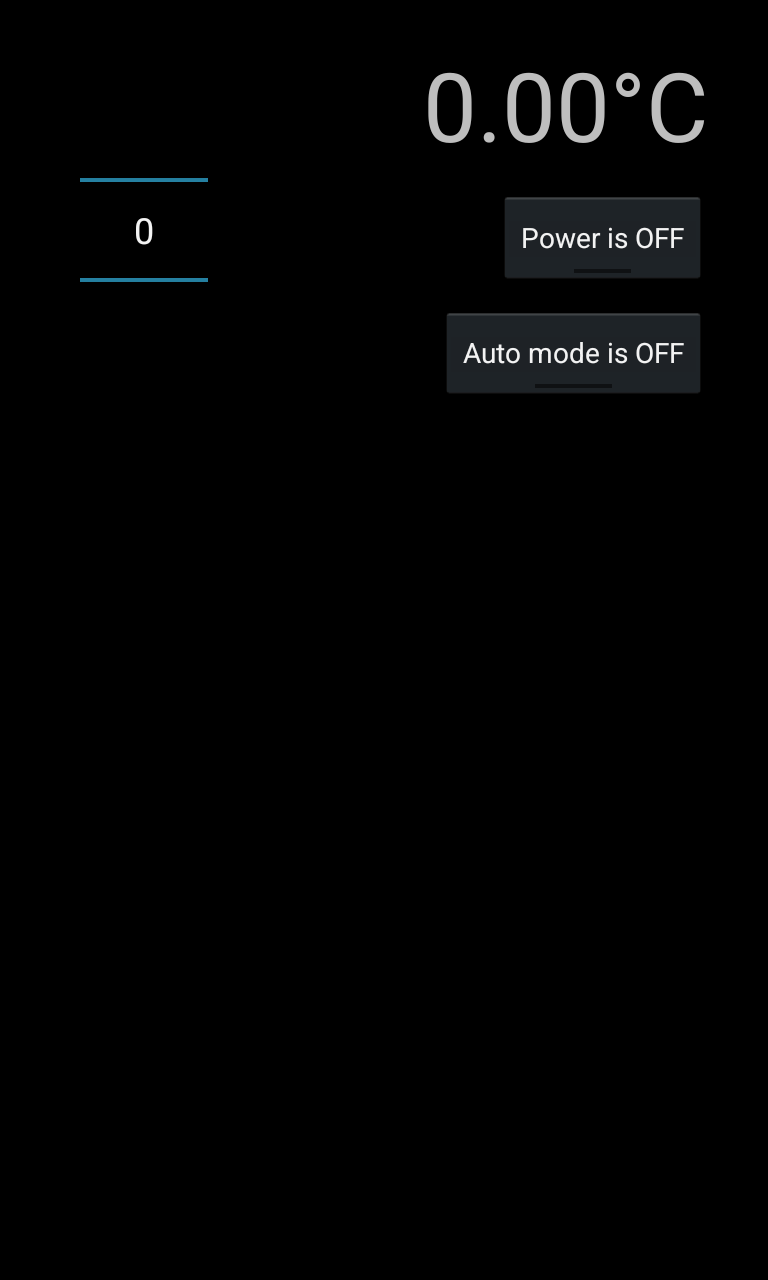
Repository: deanzaka/Embedded-Freezmo
Layout: Embedded-Freezmo/applications/IOIOSimpleApp/res/layout/main.xml
An editor plug-in stored every save of this project. The layout is shown before and after the next save, followed by the edit.
It is drawn on a 768 x 1280 px phone screen (xhdpi) without system bars, with theme android:Theme.Holo; the app's code is not run.

Above is the layout before, as saved 2014-06-11 22:51:41.

### Embedded-Freezmo/applications/IOIOSimpleApp/res/layout/main.xml
<?xml version="1.0" encoding="utf-8"?>
<LinearLayout xmlns:android="http://schemas.android.com/apk/res/android"
    android:orientation="vertical"
    android:layout_width="fill_parent"
    android:layout_height="fill_parent">

    <LinearLayout
        android:layout_width="fill_parent"
        android:layout_height="200dp"
        android:orientation="vertical" >

        <LinearLayout
            android:layout_width="fill_parent"
            android:layout_height="fill_parent" >

            <NumberPicker
			    android:id="@+id/userTemp"
			    android:layout_width="wrap_content"
			    android:layout_height="wrap_content"
			    android:layout_marginTop="30dp"
			    android:layout_marginLeft="40dp"/>

            <LinearLayout
                android:layout_width="fill_parent"
                android:layout_height="fill_parent"
                android:layout_marginTop="20dp"
                android:layout_marginRight="30dp"
                android:orientation="vertical" >

                <RelativeLayout
                    android:layout_width="fill_parent"
                    android:layout_height="wrap_content" >

                    <TextView
					    android:id="@+id/Celcius"
					    android:layout_width="wrap_content"
					    android:layout_height="wrap_content"
					    android:layout_alignParentRight="true"
					    android:text="°C"
					    android:textSize="48sp" />

                    <TextView
					    android:id="@+id/Value"
					    android:layout_width="wrap_content"
					    android:layout_height="wrap_content"
					    android:layout_toLeftOf="@id/Celcius"
					    android:text="0.00"
					    android:textSize="48sp" />



                </RelativeLayout>

				<ToggleButton
					android:id="@+id/ToggleOn"
					android:layout_width="wrap_content"
					android:layout_height="wrap_content"
					android:layout_marginTop="10dp"
					android:textOff="Power is OFF"
					android:textOn="Power mode is ON"
					android:layout_gravity="right"
					/>

				<ToggleButton
					android:id="@+id/ToggleAuto"
					android:layout_width="wrap_content"
					android:layout_height="wrap_content"
					android:layout_marginTop="10dp"
					android:textOff="Auto mode is OFF"
					android:textOn="Auto mode is ON"
					android:layout_gravity="right"
					/>
            </LinearLayout>

        </LinearLayout>

    </LinearLayout>

    <LinearLayout
        android:layout_width="fill_parent"
        android:layout_height="wrap_content"
        android:orientation="vertical" >
    </LinearLayout>

	</LinearLayout>

After the next save:
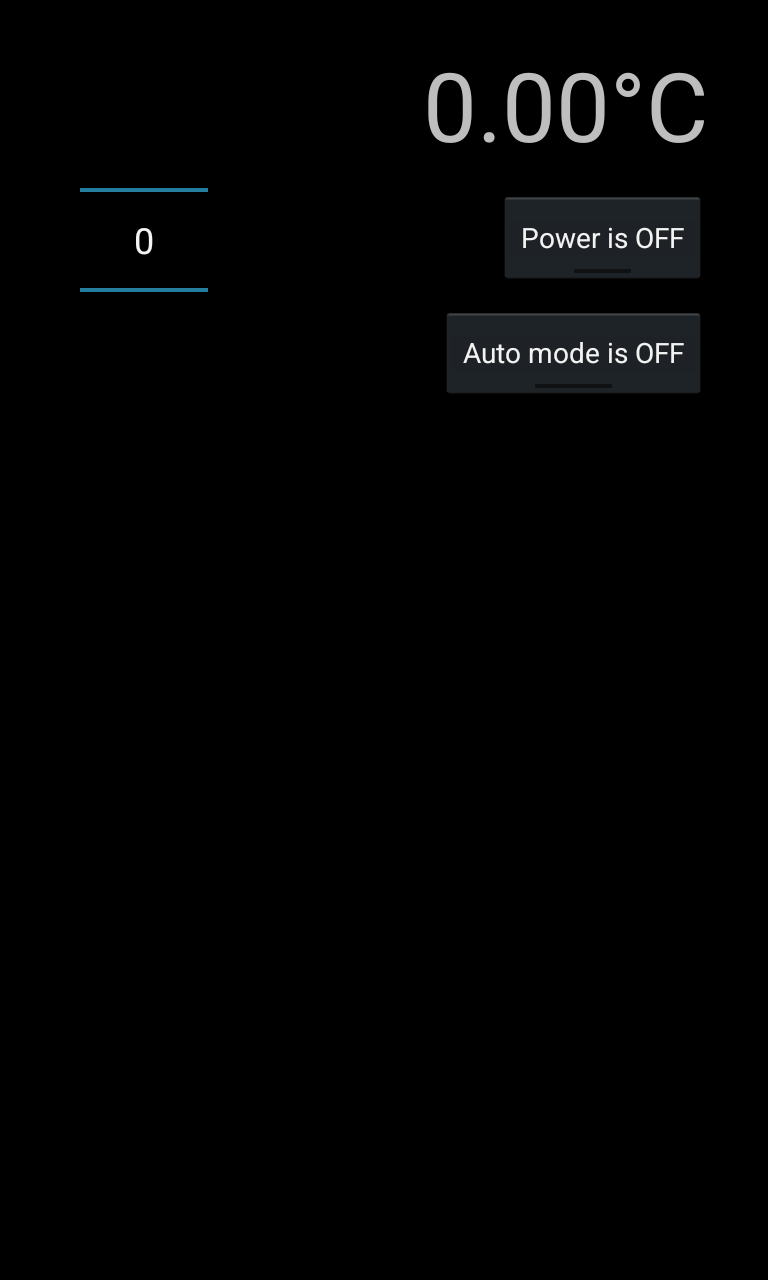
Saved 33 s later.
--- a/Embedded-Freezmo/applications/IOIOSimpleApp/res/layout/main.xml
+++ b/Embedded-Freezmo/applications/IOIOSimpleApp/res/layout/main.xml
@@ -17,7 +17,7 @@
 			    android:id="@+id/userTemp"
 			    android:layout_width="wrap_content"
 			    android:layout_height="wrap_content"
-			    android:layout_marginTop="30dp"
+			    android:layout_marginTop="40dp"
 			    android:layout_marginLeft="40dp"/>
 
             <LinearLayout
